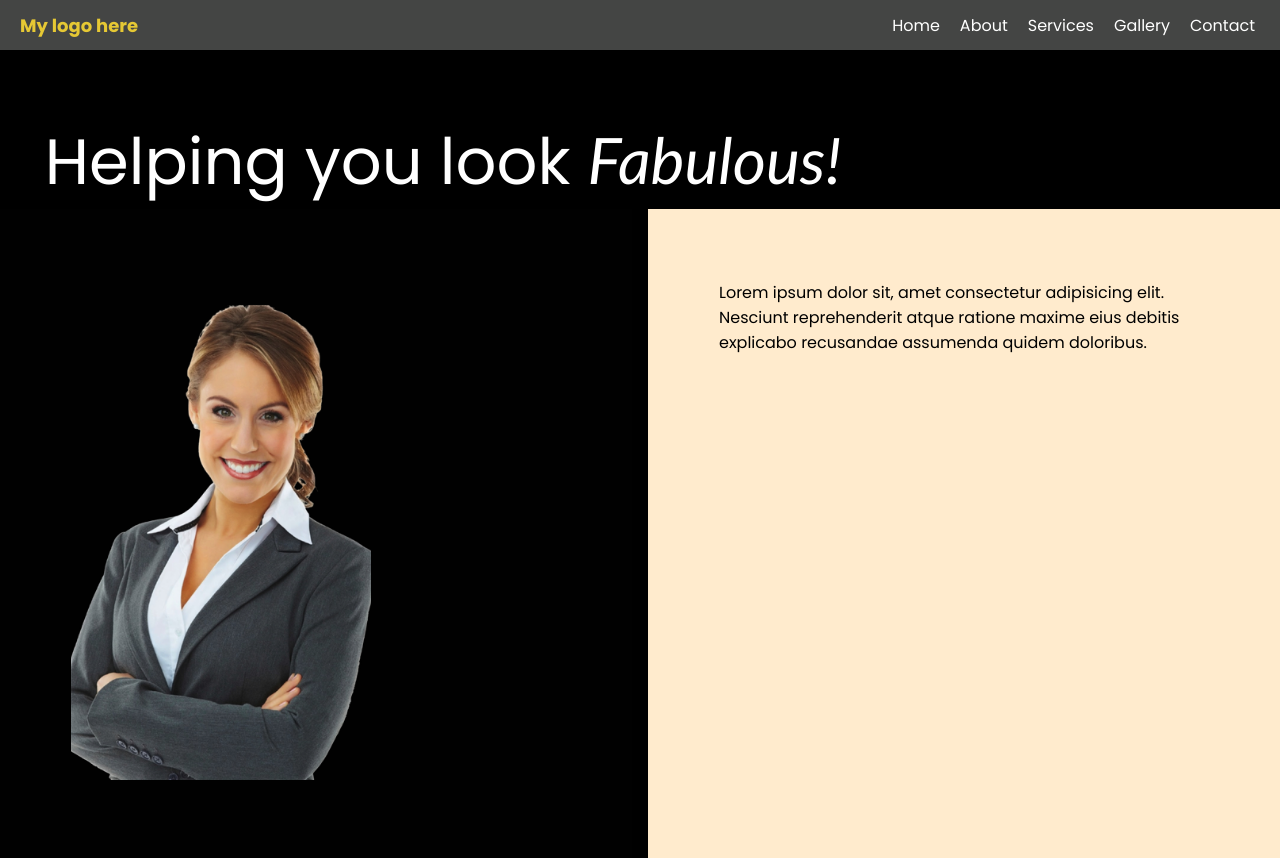
Repository: buzzedison/gardens
Page: index.html
The author's editor kept a copy of each file at every save. The page is drawn from the files as they stood at one save, then again after the next save.
The browser window is 1280 px wide. The pictures show the whole page.

Above is the page before, as saved 2022-01-12 19:31:50.

After the next save:
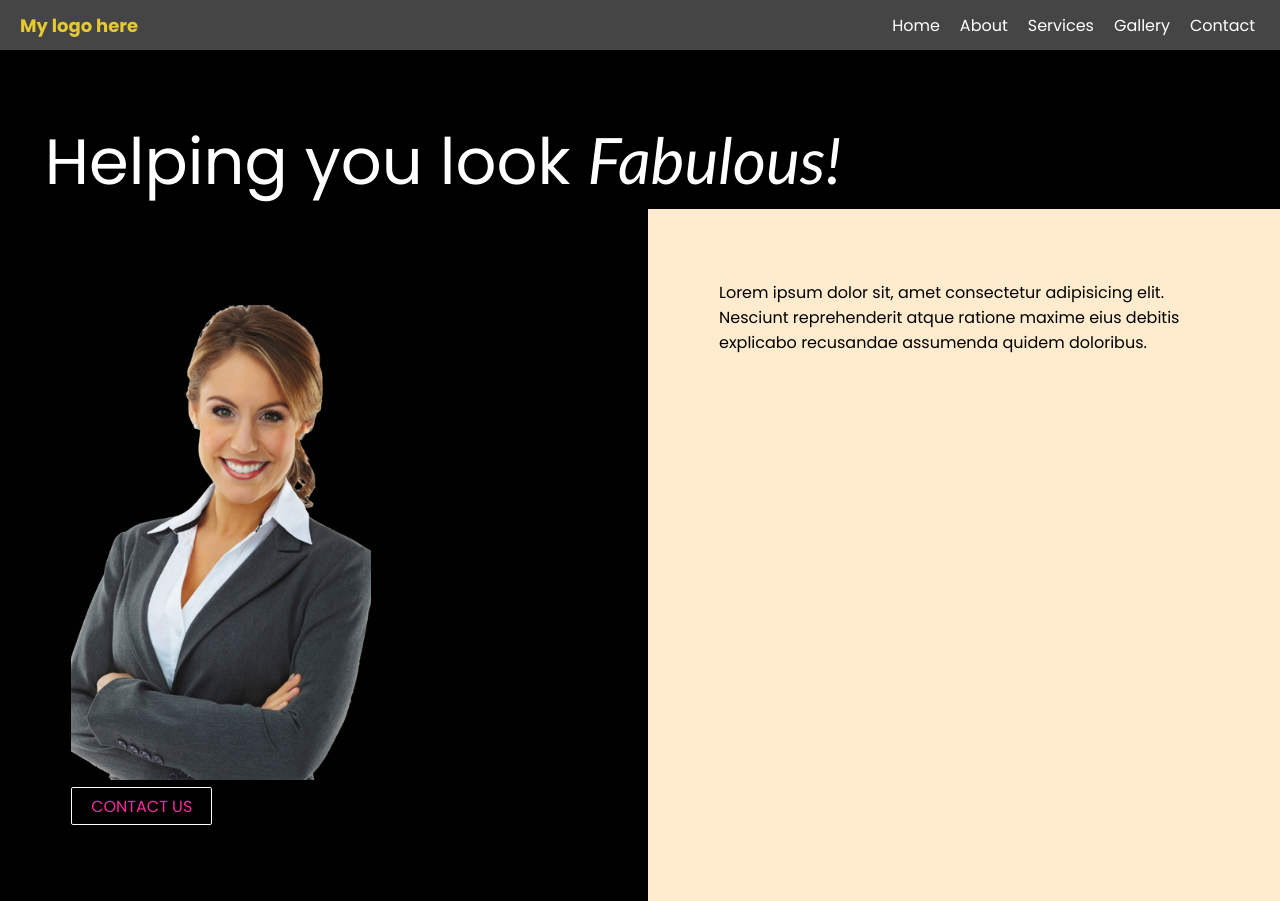
Saved 97 s later.
--- a/index.html
+++ b/index.html
@@ -44,6 +44,8 @@
                 <div class="grid">
                     <div>
                         <p class="text-grid"><img src="images/woman.png">
+                            <br/>
+                            <a href="/" class="button"> CONTACT US </a>
 
                     </div>
 
